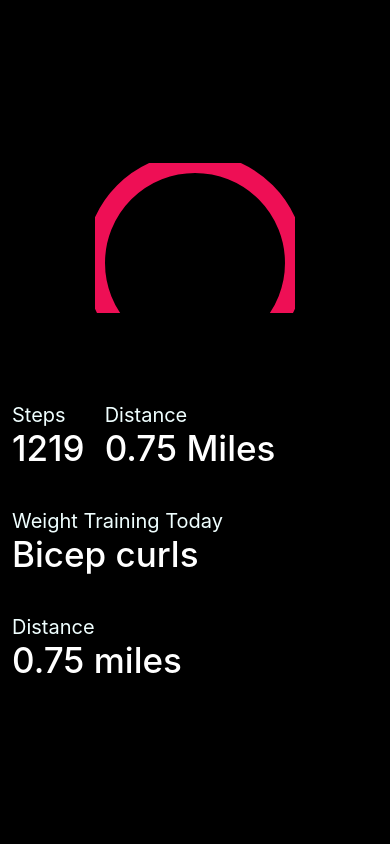
Repository: JamesPesenti/JiMTracker
Screen: /
The author's editor kept a copy of each file at every save. The screen is drawn from the files as they stood at one save, then again after the next save.
The app was drawn by React Native's web renderer in a window 390 px wide. The project was rebuilt for these pictures with package versions that can differ from the ones it lists, and the page was loaded fresh each time.

Above is the screen before, as saved 2023-06-16 14:26:56.

After the next save:
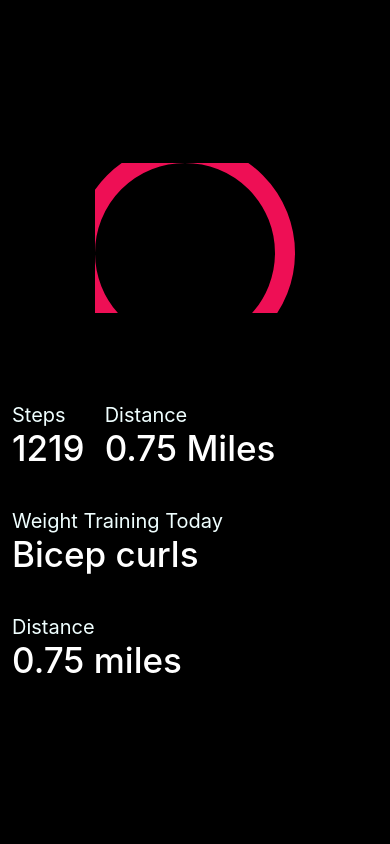
Saved 73 s later.
--- a/src/components/RingProgress.tsx
+++ b/src/components/RingProgress.tsx
@@ -9,12 +9,15 @@ type RingProgressProps = {
 const color = "#EE0F55"
 
 const RingProgress = ({radius = 100, strokeWidth = 20}: RingProgressProps) => {
+
+   const innerRadius = radius - strokeWidth / 2
+
   return (
     <View style={{ width: radius * 2, height: radius * 2, alignSelf: "center"}}>
       <SVG>
          <Circle
-            cx={radius}
-            cy={radius}
+            cx={innerRadius}
+            cy={innerRadius}
             r={radius}
             strokeWidth={strokeWidth}
             stroke={color}
